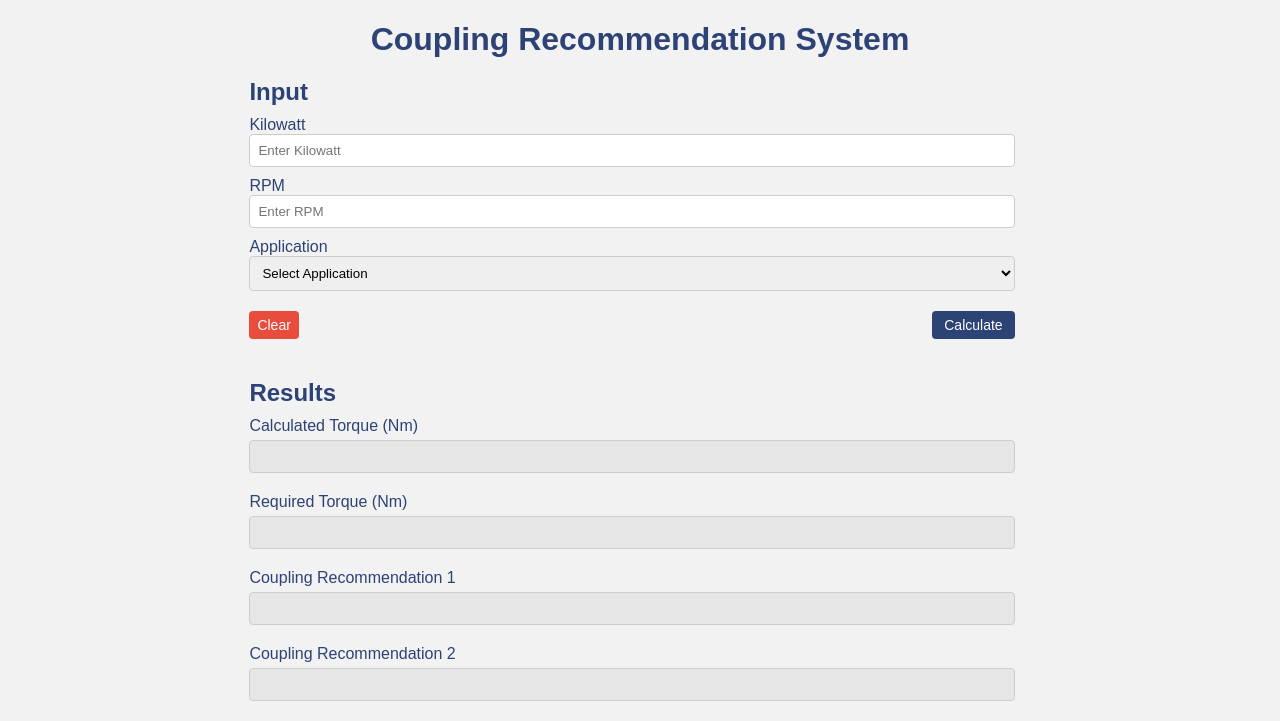
Repository: JustinSadie/calculator
Page: newIndex.html
The author's editor kept a copy of each file at every save. The page is drawn from the files as they stood at one save, then again after the next save.
The browser window is 1280 px wide. The pictures show the whole page.

Above is the page before, as saved 2024-08-25 17:33:26.

After the next save:
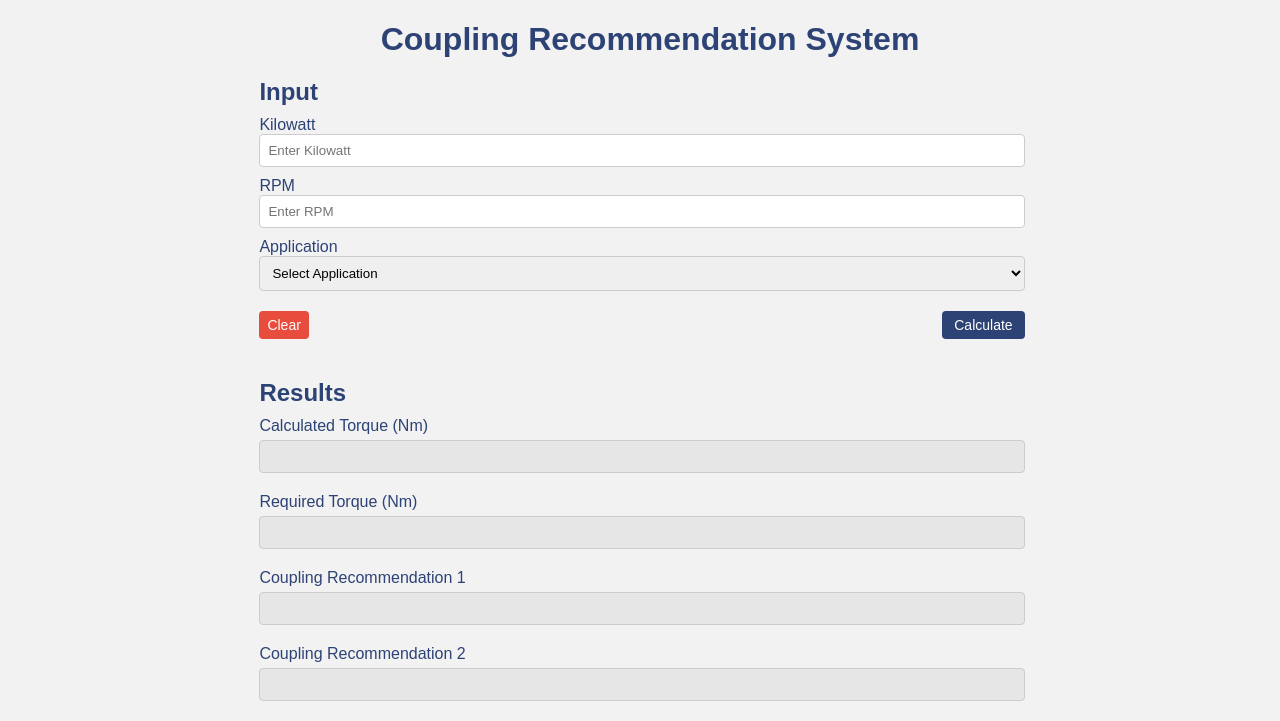
Saved 4 s later.
--- a/newIndex.html
+++ b/newIndex.html
@@ -7,87 +7,85 @@
     <link rel="stylesheet" href="newCSS.css" />
   </head>
   <body>
-    <div class="coupling-calculator">
-      <h1>Coupling Recommendation System</h1>
+    <div class="wrapper">
+      <div class="coupling-calculator">
+        <h1>Coupling Recommendation System</h1>
 
-      <div class="input-section">
-        <h2>Input</h2>
-        <label for="kilowatt">Kilowatt</label>
-        <input
-          type="number"
-          id="kilowatt"
-          placeholder="Enter Kilowatt"
-          required
-          min="0"
-        />
+        <div class="input-section">
+          <h2>Input</h2>
+          <label for="kilowatt">Kilowatt</label>
+          <input
+            type="number"
+            id="kilowatt"
+            placeholder="Enter Kilowatt"
+            required
+            min="0"
+          />
 
-        <label for="rotationSpeed">RPM</label>
-        <input
-          type="number"
-          id="rotationSpeed"
-          placeholder="Enter RPM"
-          required
-          min="0"
-        />
+          <label for="rotationSpeed">RPM</label>
+          <input
+            type="number"
+            id="rotationSpeed"
+            placeholder="Enter RPM"
+            required
+            min="0"
+          />
 
-        <label for="application">Application</label>
-        <select id="application" required>
-          <option value="">Select Application</option>
-          <option value="1.2">Centrifugal Pumps</option>
-          <option value="1.2">Fans</option>
-          <option value="1.2">Belt Conveyors</option>
-          <option value="1.6">Hammermill</option>
-          <option value="1.6">Bucket Elevator</option>
-          <option value="1.6">Scraper Conveyor</option>
-          <option value="2.4">Reciprocating Pump</option>
-          <option value="2.4">Compressor(3Cyl or less)</option>
-          <option value="2">Crusher</option>
-          <option value="2">Calender</option>
-          <option value="2">Shaker</option>
-          <option value="2">Compressor(4 Cyl or more)</option>
-          <option value="4">Steel Mill rolers Tables</option>
-          <option value="4">Heavy Reversing Drives</option>
-        </select>
-        <input
-          type="text"
-          id="customApplication"
-          placeholder="Enter Custom Application"
-          style="display: none"
-        />
+          <label for="application">Application</label>
+          <select id="application" required>
+            <option value="">Select Application</option>
+            <option value="1.2">Centrifugal Pumps</option>
+            <option value="1.2">Fans</option>
+            <option value="1.2">Belt Conveyors</option>
+            <option value="1.6">Hammermill</option>
+            <option value="1.6">Bucket Elevator</option>
+            <option value="1.6">Scraper Conveyor</option>
+            <option value="2.4">Reciprocating Pump</option>
+            <option value="2.4">Compressor(3Cyl or less)</option>
+            <option value="2">Crusher</option>
+            <option value="2">Calender</option>
+            <option value="2">Shaker</option>
+            <option value="2">Compressor(4 Cyl or more)</option>
+            <option value="4">Steel Mill rolers Tables</option>
+            <option value="4">Heavy Reversing Drives</option>
+          </select>
+          <input
+            type="text"
+            id="customApplication"
+            placeholder="Enter Custom Application"
+            style="display: none"
+          />
 
-        <div class="button-container">
-          <button class="clear" onclick="clearTable()">Clear</button>
-          <button onclick="displayResults()">Calculate</button>
+          <div class="button-container">
+            <button class="clear" onclick="clearTable()">Clear</button>
+            <button onclick="displayResults()">Calculate</button>
+          </div>
+        </div>
 
+        <div class="output-section">
+          <h2>Results</h2>
+          <div class="result">
+            <label for="torqueResult">Calculated Torque (Nm)</label>
+            <input type="text" id="torqueResult" readonly />
+          </div>
+
+          <div class="result">
+            <label for="coupRat">Required Torque (Nm)</label>
+            <input type="text" id="coupRat" readonly />
+          </div>
+
+          <div class="result">
+            <label for="brCouplingSuggest1">Coupling Recommendation 1</label>
+            <input type="text" id="brCouplingSuggest1" readonly />
+          </div>
+
+          <div class="result">
+            <label for="brCouplingSuggest2">Coupling Recommendation 2</label>
+            <input type="text" id="brCouplingSuggest2" readonly />
+          </div>
         </div>
       </div>
-
-      <div class="output-section">
-        <h2>Results</h2>
-        <div class="result">
-          <label for="torqueResult">Calculated Torque (Nm)</label>
-          <input type="text" id="torqueResult" readonly />
-        </div>
-
-        <div class="result">
-          <label for="coupRat">Required Torque (Nm)</label>
-          <input type="text" id="coupRat" readonly />
-        </div>
-
-        <div class="result">
-          <label for="brCouplingSuggest1">Coupling Recommendation 1</label>
-          <input type="text" id="brCouplingSuggest1" readonly />
-        </div>
-
-        <div class="result">
-          <label for="brCouplingSuggest2">Coupling Recommendation 2</label>
-          <input type="text" id="brCouplingSuggest2" readonly />
-        </div>
-      </div>
-
-
     </div>
-
     <script src="Coupling generator copy.js"></script>
   </body>
 </html>
